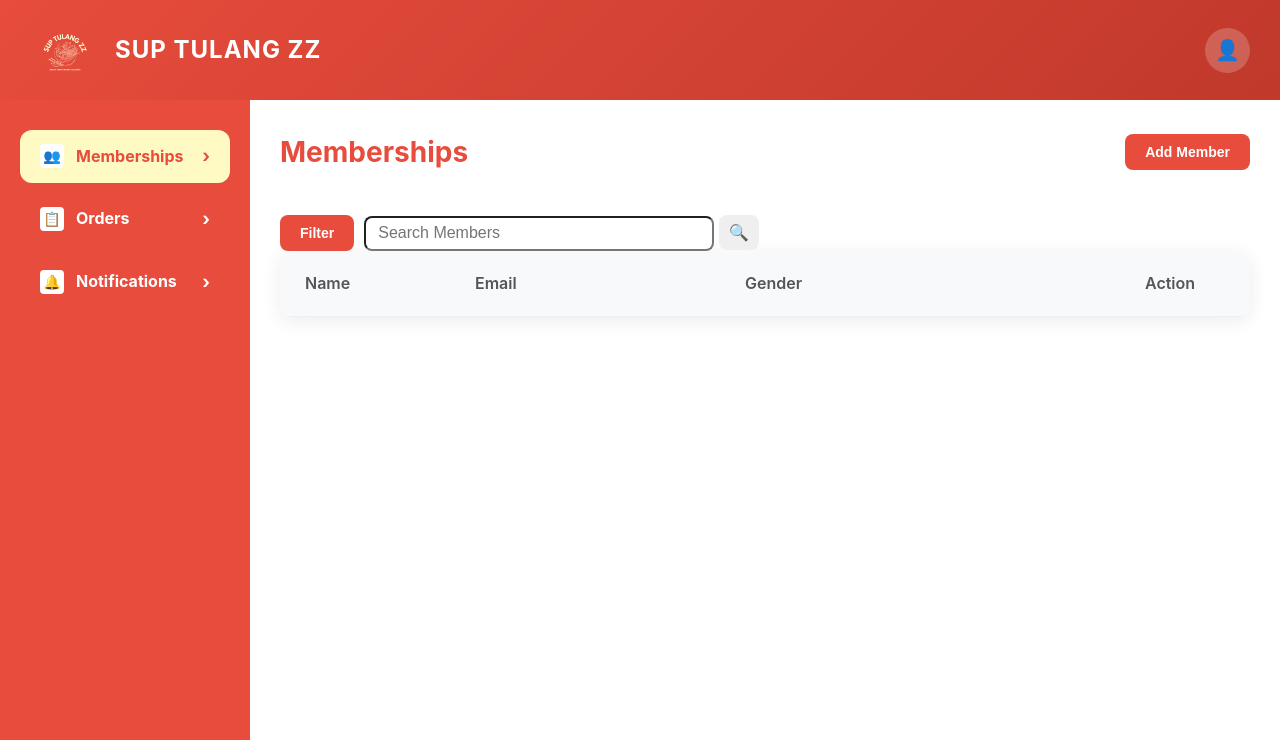
Repository: YIsheng2002/web-frontend
Page: view/Staff/dashboardStaff.html
These files come from the project's save history. The page is drawn as it stood at one moment and after the next save; the edit follows.
The browser window is 1280 px wide. The pictures show the whole page.

Above is the page before, as saved 2025-06-30 01:11:11.
Console error: TypeError: Cannot set properties of null (setting 'textContent')

### view/Staff/dashboardStaff.html
<!DOCTYPE html>
<html lang="en">

<head>
    <meta charset="UTF-8">
    <meta name="viewport" content="width=device-width, initial-scale=1.0">
    <title>SUP TULANG ZZ</title>
    <link rel="stylesheet" href="../Staff/assets/css/main.css">
    <link rel="stylesheet" href="../../assets/css/main.css">
    <link rel="stylesheet" href="./assets/css/dashboardStaff.css">
    <link rel="stylesheet" href="./assets/css/notifications.css">
    <script src="./assets/javascript/mainStaff.js"></script>


</head>

<body>
    <!-- Header -->
    <header class="header">
        <div class="logo-section">
            <img src="../../assets/images/logo.png" alt="Logo" class="logo">
            <h1 class="brand-name">SUP TULANG ZZ</h1>
        </div>

        <div class="user-menu">
            <div class="user-avatar" onclick="toggleDropdown()">
                👤
            </div>
            <div class="dropdown-menu" id="userDropdown">
                <a href="#" class="dropdown-item danger" onclick="logout()">
                    🚪 Logout
                </a>
            </div>
        </div>
    </header>

    <div class=" dashboard-container">
        <!-- Sidebar -->
        <div class="sidebar">
            <ul class="sidebar-menu">
                <li class="sidebar-item">
                    <a href="#" class="sidebar-link active" onclick="showMembership(event)">
                        <div class="sidebar-icon">👥</div>
                        <span class="sidebar-text">Memberships</span>
                        <span class="sidebar-arrow">›</span>
                    </a>
                </li>
                <li class="sidebar-item">
                    <a href="#" class="sidebar-link" onclick="showOrders(event)">
                        <div class="sidebar-icon">📋</div>
                        <span class="sidebar-text">Orders</span>
                        <span class="sidebar-arrow">›</span>
                    </a>
                </li>
                <li class="sidebar-item">
                    <a href="#" class="sidebar-link" onclick="showNotifications(event)">
                        <div class="sidebar-icon">🔔</div>
                        <span class="sidebar-text">Notifications</span>
                        <span class="sidebar-arrow">›</span>
                    </a>
                </li>
            </ul>
        </div>

        <!-- Main Content membership page -->
        <div class="main-content active" id="membership">
            <div class="membership-header">
                <h3>Memberships</h3>
                <button class="add-membership-btn" onclick="showAddMemberForm(event)">Add Member</button>
            </div>

            <div class="filter-search-function">
                <div class="dropdown-filter">
                    <button onclick="selectFilters()" class="filter-btn">Filter</button>
                    <div id="filterDropdown" class="dropdown-content">
                        <a href="#" onclick="filterByStatus('staff')">staff</a>
                        <a href="#" onclick="filterByStatus('runner')">runner</a>
                        <a href="#" onclick="filterByStatus('customer')">customer</a>
                    </div>
                </div>
                <div class="search-bar-members">
                    <input type="text" id="search-input" class="search-input" placeholder="Search Members"
                        onkeyup="searchMembership()">
                    <button class="search-btn" onclick="searchMembership()">🔍</button>
                </div>
            </div>

            <div class="members-container">
                <div class="members-header">
                    <div>Name</div>
                    <div>Email</div>
                    <div>Gender</div>
                    <div>Action</div>
                </div>
            </div>
        </div>


        <!-- Main Content add member form -->
        <div class="main-content" id="membershipform">
            <h3>Add Member</h3>
            <form id="addMemberForm">
                <!-- Member Type Dropdown-->
                <div class='form-group'>
                    <label for="member-Type">Member Type:</label>
                    <select class="input-size" id="memberType" name="memberType" required
                        onchange="handleMemberTypeChange()">
                        <option value="">-- Select Member Type --</option>
                        <option value="staff">Staff</option>
                        <option value="runner">Runner</option>
                        <option value="customer">Customer</option>
                    </select>
                </div>

                <div class="form">
                    <div class="form-group">
                        <label for="member-firstName">First Name:</label>
                        <input type="text" class="input-size" id="member-firstName" name="member-firstName" required>
                    </div>
                    <div class="form-group">
                        <label for="member-lastName">Last Name:</label>
                        <input type="text" class="input-size" id="member-lastName" name="member-lastName" required>
                    </div>
                </div>

                <div class="form-group">
                    <label for="member-username">Username:</label>
                    <input type="username" class="input-size" id="member-username" name="member-username" required>
                </div>

                <div class="form-group">
                    <label for="member-email">Email:</label>
                    <input type="email" class="input-size" id="member-email" name="member-email" required>
                </div>

                <div class="form">
                    <div class="form-group">
                        <label for="member-password">Password:</label>
                        <input type="password" class="input-size" id="member-password" name="member-password" required>
                    </div>
                    <div class="form-group">
                        <label for="member-repassword">Re-enter Password:</label>
                        <input type="password" class="input-size" id="member-repassword" name="member-repassword"
                            required>
                    </div>
                </div>

                <div class="form-group">
                    <label for="member-phonenumber">Phone Number:</label>
                    <input type="phone-number" class="input-size" id="member-phonenumber" name="member-phonenumber"
                        required>
                </div>

                <div class='form-group'>
                    <label for="member-gender">Gender:</label>
                    <select class="input-size" id="memberGender" name="memberGender">
                        <option value="">-- Select Gender --</option>
                        <option value="Male">Male</option>
                        <option value="Female">Female</option>
                    </select>
                </div>

                <!-- Runner Type (hidden by default) -->
                <div class="form-group hidden" id="runnerTypeGroup">
                    <label for="member-runnerType">Runner Type:</label>
                    <select class="input-size" id="member-runnerType" name="member-runnerType">
                        <option value="">-- Select Runner Type --</option>
                        <option value="Grab">Grab</option>
                        <option value="FoodPanda">Food Panda</option>
                    </select>
                </div>
                <button type="submit" class="add-membershipform-btn">Add Member</button>
            </form>
        </div>

        <!-- Main Content edit member form -->
        <div class="main-content" id="editMembershipform">
            <h3>Edit Member</h3>
            <form id="editMemberForm">
                <!-- Member Type Dropdown-->
                <div class='form-group'>
                    <label for="member-Type">Member Type:</label>
                    <select class="input-size" id="memberType" name="memberType" required
                        onchange="handleMemberTypeChange()">
                        <option value="">-- Select Member Type --</option>
                        <option value="staff">Staff</option>
                        <option value="runner">Runner</option>
                        <option value="customer">Customer</option>
                    </select>
                </div>

                <div class="form">
                    <div class="form-group">
                        <label for="member-firstName">First Name:</label>
                        <input type="text" class="input-size" id="member-firstName" name="member-firstName" required>
                    </div>
                    <div class="form-group">
                        <label for="member-lastName">Last Name:</label>
                        <input type="text" class="input-size" id="member-lastName" name="member-lastName" required>
                    </div>
                </div>

                <div class="form-group">
                    <label for="member-username">Username:</label>
                    <input type="username" class="input-size" id="member-username" name="member-username" required>
                </div>

                <div class="form-group">
                    <label for="member-email">Email:</label>
                    <input type="email" class="input-size" id="member-email" name="member-email" required>
                </div>


                <div class="form-group">
                    <label for="member-phonenumber">Phone Number:</label>
                    <input type="phone-number" class="input-size" id="member-phonenumber" name="member-phonenumber"
                        required>
                </div>

                <div class='form-group'>
                    <label for="member-gender">Gender:</label>
                    <select class="input-size" id="memberGender" name="memberGender">
                        <option value="">-- Select Gender --</option>
                        <option value="Male">Male</option>
                        <option value="Female">Female</option>
                    </select>
                </div>

                <!-- Runner Type (hidden by default) -->
                <div class="form-group hidden" id="runnerTypeGroup">
                    <label for="member-runnerType">Runner Type:</label>
                    <select class="input-size" id="member-runnerType" name="member-runnerType">
                        <option value="">-- Select Runner Type --</option>
                        <option value="Grab">Grab</option>
                        <option value="FoodPanda">Food Panda</option>
                    </select>
                </div>
           <button type="submit" class="edit-membershipform-btn">Edit Member</button>
            <button type="reset" class="cancel-edit-btn" onclick="cancelEdit()">Cancel</button>
            </form>
        </div>

        <!-- Main orders page -->
        <div class="main-content" id="orders">
            <h3>Orders</h3>
            <!-- Navigation Tabs -->
            <div class="nav-tabs">
                <button class="nav-tab active" onclick="showOrderTab('new-orders',event)">New Orders</button>
                <button class="nav-tab" onclick="showOrderTab('current-orders',event)">Current Orders</button>
                <button class="nav-tab" onclick="showOrderTab('completed-orders',event)">Completed Orders</button>
            </div>

            <!-- New Orders -->
            <div id="new-orders" class="page active">
                <div class="orders-container">
                    <div class="orders-header">
                        <div>Order Id</div>
                        <div>Customer</div>
                        <div>Address</div>
                        <div>Action</div>
                    </div>
                </div>
            </div>

            <!-- Current Orders Page -->
            <div id="current-orders" class="page">
                <h2 class="page-title">Current Orders</h2>

                <div class="orders-container">
                    <div class="orders-header">
                        <div>Order&nbsp;Id</div>
                        <div>Customer</div>
                        <div>Address</div>
                        <div>Action</div>
                    </div>

                    <!-- Row 1 -->
                    <div class="order-row highlighted">
                        <div class="order-id">Order#22007</div>
                        <div class="customer-name">Nurul Aisyah</div>
                        <div class="customer-address">77, Jalan Kenanga, Taman Melawati, 75250 Melaka</div>
                        <div class="assign-runner">
                            <select onchange="assignRunner(this.value, '22007')" class="runner-dropdown">
                                <option selected disabled>Assign Runner</option>
                                <option value="Runner1">Grab</option>
                                <option value="Runner2">Food Panda</option>
                            </select>
                        </div>
                    </div>

                    <!-- Row 2 -->
                    <div class="order-row">
                        <div class="order-id">Order#22008</div>
                        <div class="customer-name">Lim Guan&nbsp;Yi</div>
                        <div class="customer-address">56, Jalan Tun Fatimah, Taman Sri Melaka, 75400 Melaka</div>
                        <div class="assign-runner">
                            <select onchange="assignRunner(this.value, '22008')" class="runner-dropdown">
                                <option selected disabled>Assign Runner</option>
                                <option value="Runner1">Grab</option>
                                <option value="Runner2">Food Panda</option>
                            </select>
                        </div>
                    </div>

                    <!-- Row 3 -->
                    <div class="order-row highlighted">
                        <div class="order-id">Order#22009</div>
                        <div class="customer-name">Maria Gonzales</div>
                        <div class="customer-address">101, Jalan Tun Razak, Taman Maju, 75350 Melaka</div>
                        <div class="assign-runner">
                            <select onchange="assignRunner(this.value, '22009')" class="runner-dropdown">
                                <option selected disabled>Assign Runner</option>
                                <option value="Runner1">Grab</option>
                                <option value="Runner2">Food Panda</option>
                            </select>
                        </div>
                    </div>

                    <!-- Row 4 -->
                    <div class="order-row">
                        <div class="order-id">Order#22010</div>
                        <div class="customer-name">Jason Lee</div>
                        <div class="customer-address">9, Jalan Bunga Raya, Taman Damai, 75460 Melaka</div>
                        <div class="assign-runner">
                            <select onchange="assignRunner(this.value, '22010')" class="runner-dropdown">
                                <option selected disabled>Assign Runner</option>
                                <option value="Runner1">Grab</option>
                                <option value="Runner2">Food Panda</option>
                            </select>
                        </div>
                    </div>

                    <!-- Row 5 -->
                    <div class="order-row highlighted">
                        <div class="order-id">Order#22011</div>
                        <div class="customer-name">Putri Zulaikha</div>
                        <div class="customer-address">42, Jalan Permata, Taman Indah, 75240 Melaka</div>
                        <div class="assign-runner">
                            <select onchange="assignRunner(this.value, '22011')" class="runner-dropdown">
                                <option selected disabled>Assign Runner</option>
                                <option value="Runner1">Grab</option>
                                <option value="Runner2">Food Panda</option>
                            </select>
                        </div>
                    </div>

                    <!-- Row 6 -->
                    <div class="order-row">
                        <div class="order-id">Order#22012</div>
                        <div class="customer-name">Ravi Kumar</div>
                        <div class="customer-address">23, Jalan Seri Cemerlang, Taman Damai Mewah, 75310 Melaka</div>
                        <div class="assign-runner">
                            <select onchange="assignRunner(this.value, '22012')" class="runner-dropdown">
                                <option selected disabled>Assign Runner</option>
                                <option value="Runner1">Grab</option>
                                <option value="Runner2">Food Panda</option>
                            </select>
                        </div>
                    </div>
                </div>
            </div>

            <!-- Completed Orders Page -->
            <div id="completed-orders" class="page">
                <h2 class="page-title">Completed Orders</h2>


                <div class="orders-container">
                    <div class="orders-header">
                        <div>Order Id</div>
                        <div>Customer</div>
                        <div>Completed At</div>
                        <div>Status</div>
                    </div>

                    <div class="order-row">
                        <div class="order-id">Order#21345</div>
                        <div class="customer-name">Michelle</div>
                        <div class="customer-address">100, Jalan Bandar, Taman Bahagia, 50000 Durian Tunggal</div>
                        <div class="status-tag status-waiting" style="background: #96ff96; color: #214b17;">
                            Completed</div>
                    </div>

                    <div class="order-row highlighted">
                        <div class="order-id">Order#21346</div>
                        <div class="customer-name">Marvin McKinney</div>
                        <div class="customer-address">100, Jalan Bandar, Taman Bahagia, 50000 Durian Tunggal</div>
                        <div class="status-tag status-waiting" style="background: #96ff96; color: #214b17;">
                            Completed</div>
                    </div>
                </div>
            </div>
        </div>
        <div id="notifications" class="main-content">
            <div class="notifications-container">
                <div class="notifications-header">
                    <div class="notifications-title">
                        <i class="fas fa-bell"></i>
                        Delivery Notifications
                    </div>
                    <button class="mark-all-read" onclick="markAllAsRead()">
                        <i class="fas fa-check-double"></i> Mark All Read
                    </button>
                </div>

                <div class="filter-tabs">
                    <button class="filter-tab active" onclick="filterNotifications('all')">All</button>
                    <button class="filter-tab" onclick="filterNotifications('unread')">Unread</button>
                    <button class="filter-tab" onclick="filterNotifications('preparing')">Preparing</button>
                    <button class="filter-tab" onclick="filterNotifications('ready')">Ready</button>
                    <button class="filter-tab" onclick="filterNotifications('delivered')">Delivered</button>
                </div>

                <div class="notifications-list" id="notifications-list">
                    <!-- Notifications will be loaded here -->
                </div>
            </div>
        </div>


        <script src="./assets/javascript/dashboardStaff.js"></script>
        <script src="./assets/js/notifications.js"></script>
</body>

</html>

### view/Staff/assets/css/main.css
* {
    margin: 0;
    padding: 0;
    box-sizing: border-box;
}

body {
    font-family: -apple-system, BlinkMacSystemFont, 'Segoe UI', Roboto, sans-serif;
    line-height: 1.6;
    color: #333;
    background-color: #f5f5f5;
}

.btn-primary {
    background: linear-gradient(135deg, #667eea 0%, #764ba2 100%);
    color: white;
    border: none;
    padding: 12px 24px;
    border-radius: 8px;
    font-size: 16px;
    font-weight: 600;
    cursor: pointer;
    transition: all 0.3s ease;
    width: 100%;
}

.btn-primary:hover {
    transform: translateY(-2px);
    box-shadow: 0 8px 25px rgba(102, 126, 234, 0.3);
}

.btn-primary:active {
    transform: translateY(0);
}

### assets/css/main.css
:root{
    --primary-color: #DE4345;
    --secondary-color: #F8FAD4;
    --white-color: #FFFFFF;
    --header-font-color: #212121;
    --header6-font-color: #424242;
    --light-red: #FF7877;
}

* {
    margin: 0;
    padding: 0;
    box-sizing: border-box;
}

body {
    font-family: -apple-system, BlinkMacSystemFont, 'Segoe UI', Roboto, sans-serif;
    line-height: 1.6;
    color: var(--header6-font-color);
    background-color: #f5f5f5;
}

.btn-primary {
    background: linear-gradient(135deg, var(--primary-color) 0%, var(--light-red) 100%);
    color: white;
    border: none;
    padding: 12px 24px;
    border-radius: 8px;
    font-size: 16px;
    font-weight: 600;
    cursor: pointer;
    transition: all 0.3s ease;
    width: 100%;
}

.btn-primary:hover {
    transform: translateY(-5px);
    box-shadow: 0 8px 25px rgba(253, 114, 92, 0.22);
}

.btn-primary:active {
    transform: translateY(0);
}

/* Header Styles */
.header {
    background: linear-gradient(135deg, #e74c3c, #c0392b);
    color: white;
    padding: 15px 30px;
    display: flex;
    justify-content: space-between;
    align-items: center;
    box-shadow: 0 2px 10px rgba(0,0,0,0.1);
}

.logo-section {
    display: flex;
    align-items: center;
    gap: 15px;
}

.logo {
    width: 70px;
    height: 70px;
    display: flex;
    align-items: center;
    justify-content: center;
    font-weight: bold;
    font-size: 18px;
}

.brand-name {
    font-size: 28px;
    font-weight: bold;
    letter-spacing: 1px;
}

Loaded but not shown: view/Staff/assets/javascript/dashboardStaff.js (608 lines, source omitted); view/Staff/assets/js/notifications.js (246 lines, source omitted); view/Staff/assets/javascript/mainStaff.js (232 lines, source omitted); view/Staff/assets/css/dashboardStaff.css (891 lines, source omitted); view/Staff/assets/css/notifications.css (306 lines, source omitted)

After the next save:
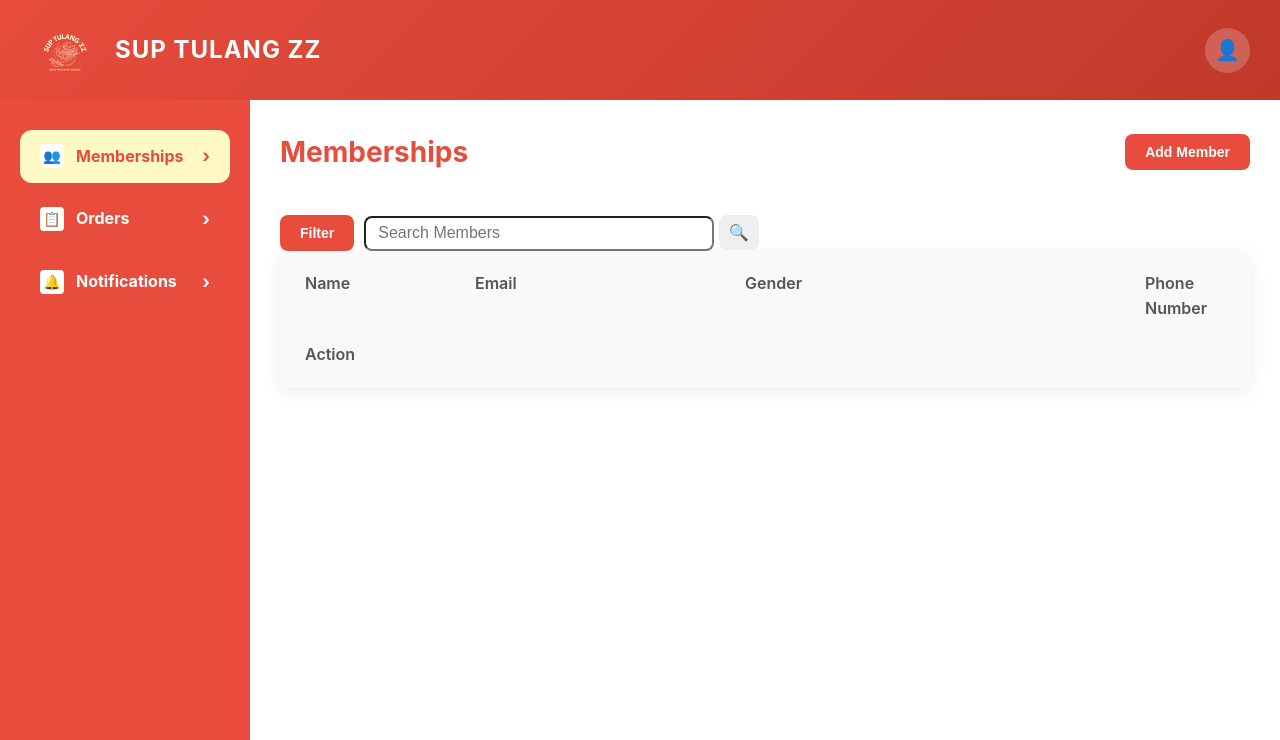
Saved 3 min 20 s later.
--- a/view/Staff/dashboardStaff.html
+++ b/view/Staff/dashboardStaff.html
@@ -90,6 +90,8 @@
                     <div>Name</div>
                     <div>Email</div>
                     <div>Gender</div>
+                    <div>Phone Number</div>
+                    <div>Address</div>
                     <div>Action</div>
                 </div>
             </div>
